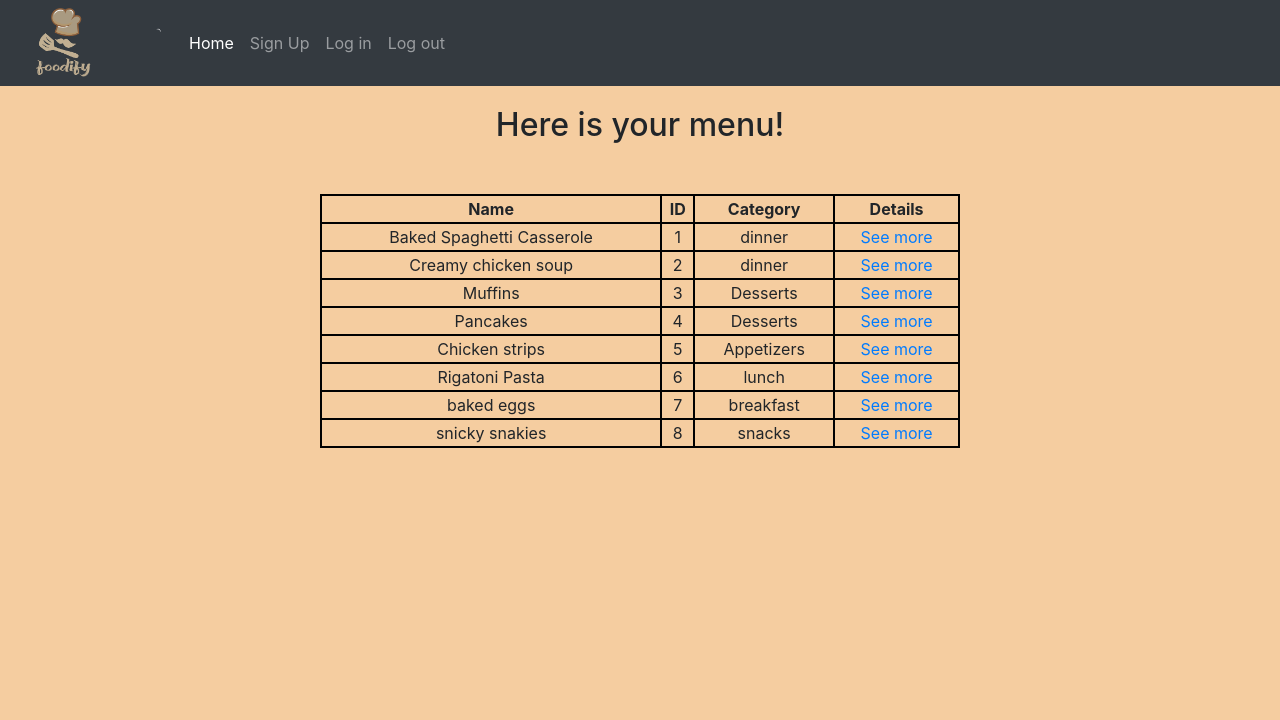
Repository: RanaHisham18/Foodify-Web-App
Page: Project IA raghda/usermenu.html
An editor plug-in stored every save of this project. The page is shown before and after the next save, followed by the edit.
The browser window is 1280 px wide. The pictures show the whole page.

Above is the page before, as saved 2022-01-06 18:36:37.

After the next save:
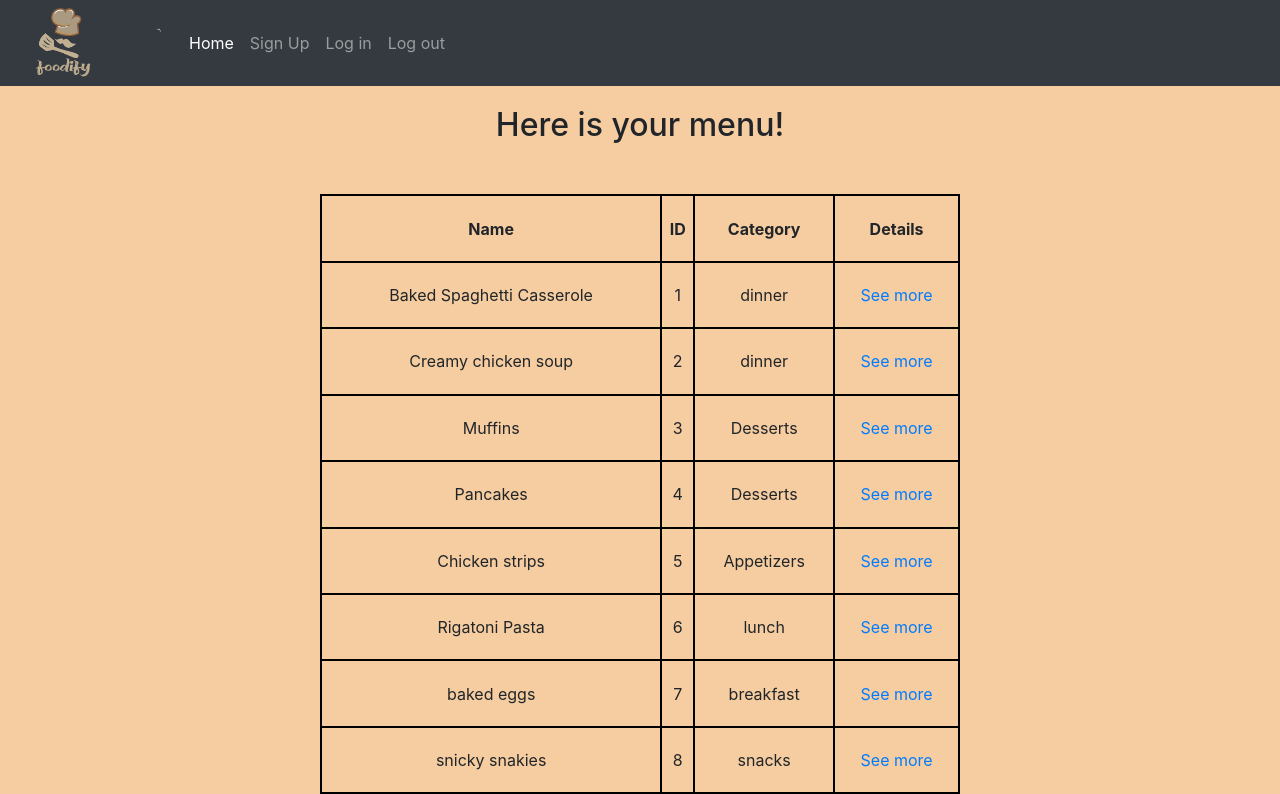
Saved 11 s later.
--- a/Project IA raghda/usermenu.css
+++ b/Project IA raghda/usermenu.css
@@ -22,7 +22,7 @@ table, th, td {
 
   .usermenu{
       width: 50%;
-      height: 60%;
+      height: 600px;
       text-align:center;
       margin-top: 50px;
       margin-left: 25%;
